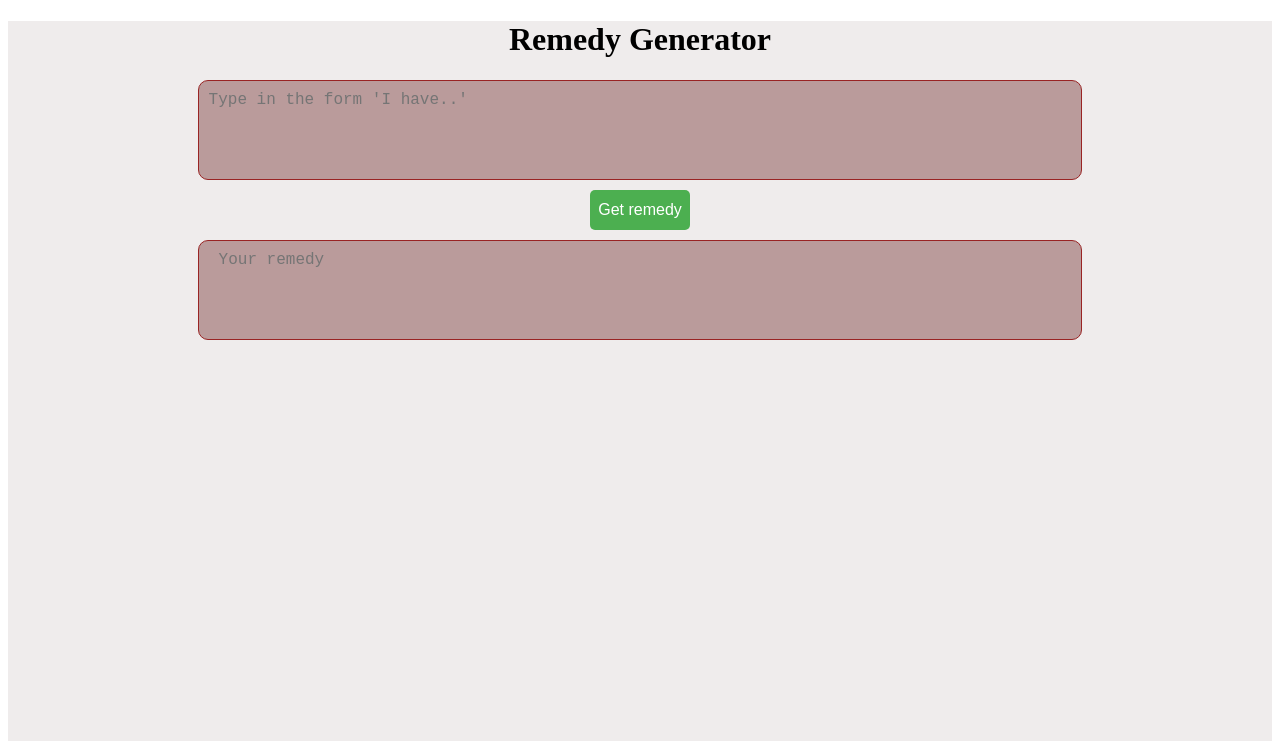
Repository: krutarthh/Ayurvedic-Remedy
Page: index.html
An editor plug-in stored every save of this project. The page is shown before and after the next save, followed by the edit.
The browser window is 1280 px wide. The pictures show the whole page.

Above is the page before, as saved 2024-04-06 17:44:45.

After the next save:
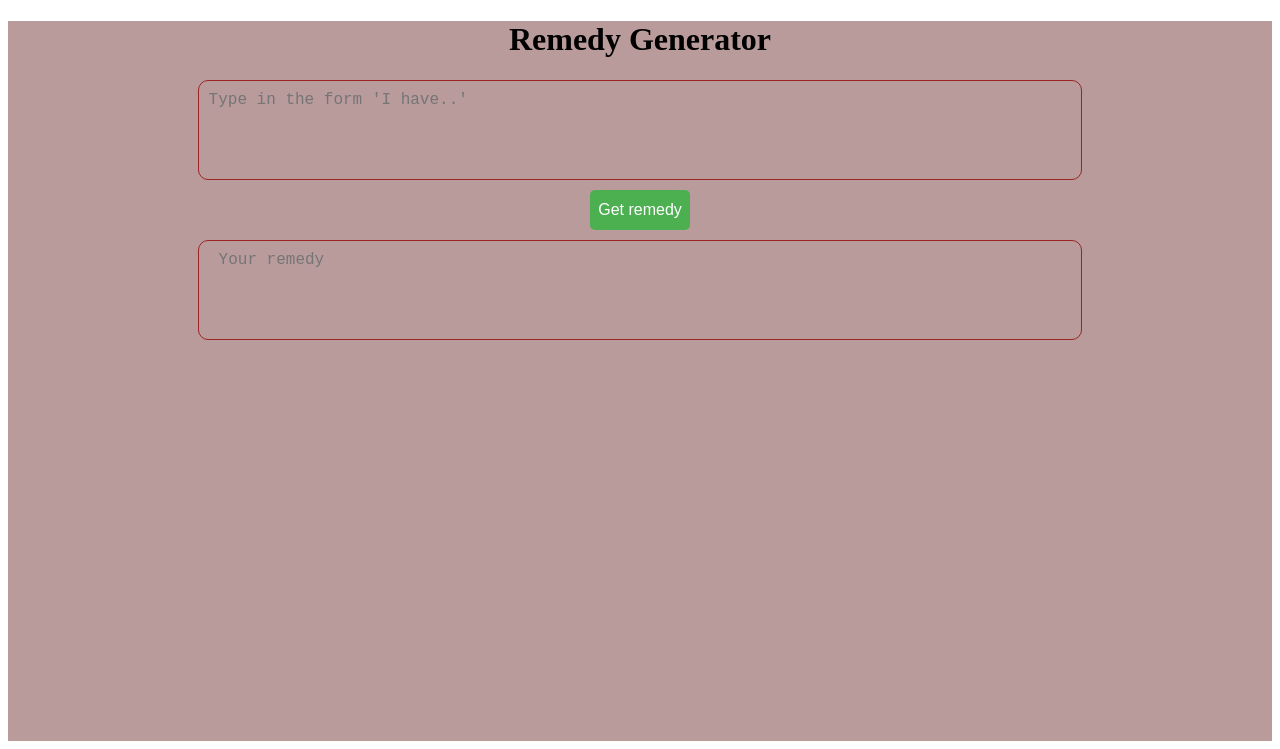
Saved 15 s later.
--- a/app.css
+++ b/app.css
@@ -7,8 +7,8 @@
     justify-content: center;
     height: 100vh;
     text-align: center;
+    background-color:  #ba9b9b;;
 
-    background: #efecec;
 }
 #user_input,
 #answer {
@@ -16,7 +16,7 @@
     padding: 10px;
     font-size: 16px;
     border: 1px solid #992424;
-   background-color:  #ba9b9b;;
+   background-color:  #ba9b9b;
     border-radius: 10px; /* Add border-radius property with a value of 10px */
     box-sizing: border-box;
     resize: none;
